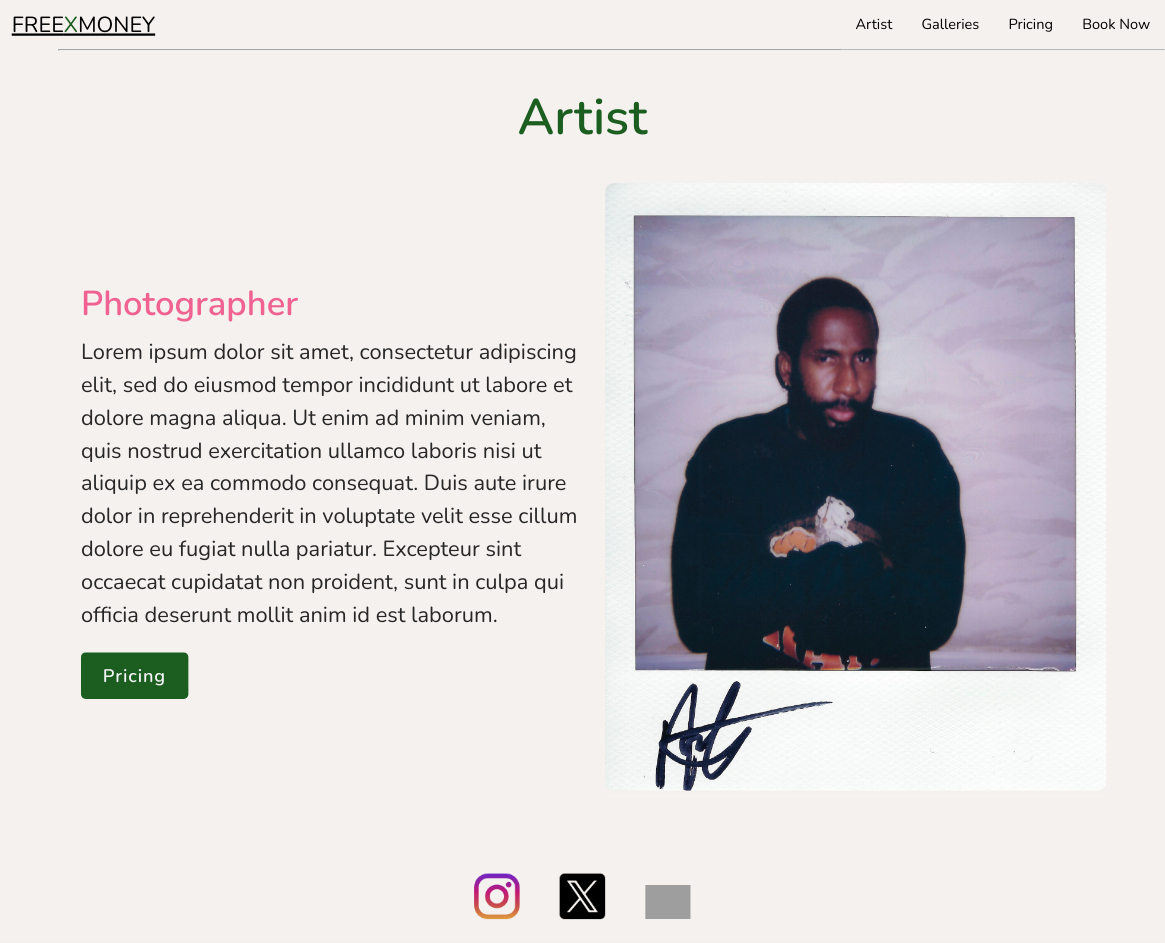
Repository: burntaftermint/freexmoney-draft
Page: artist.html
An editor plug-in stored every save of this project. The page is shown before and after the next save, followed by the edit.
The browser window is 1280 px wide. The pictures show the whole page, at 91% of full size.
Pictures or frames that could not be fetched are drawn as grey boxes. Some web fonts or font styles are not loaded; a fallback is used.

Above is the page before, as saved 2024-06-10 02:21:58.

After the next save:
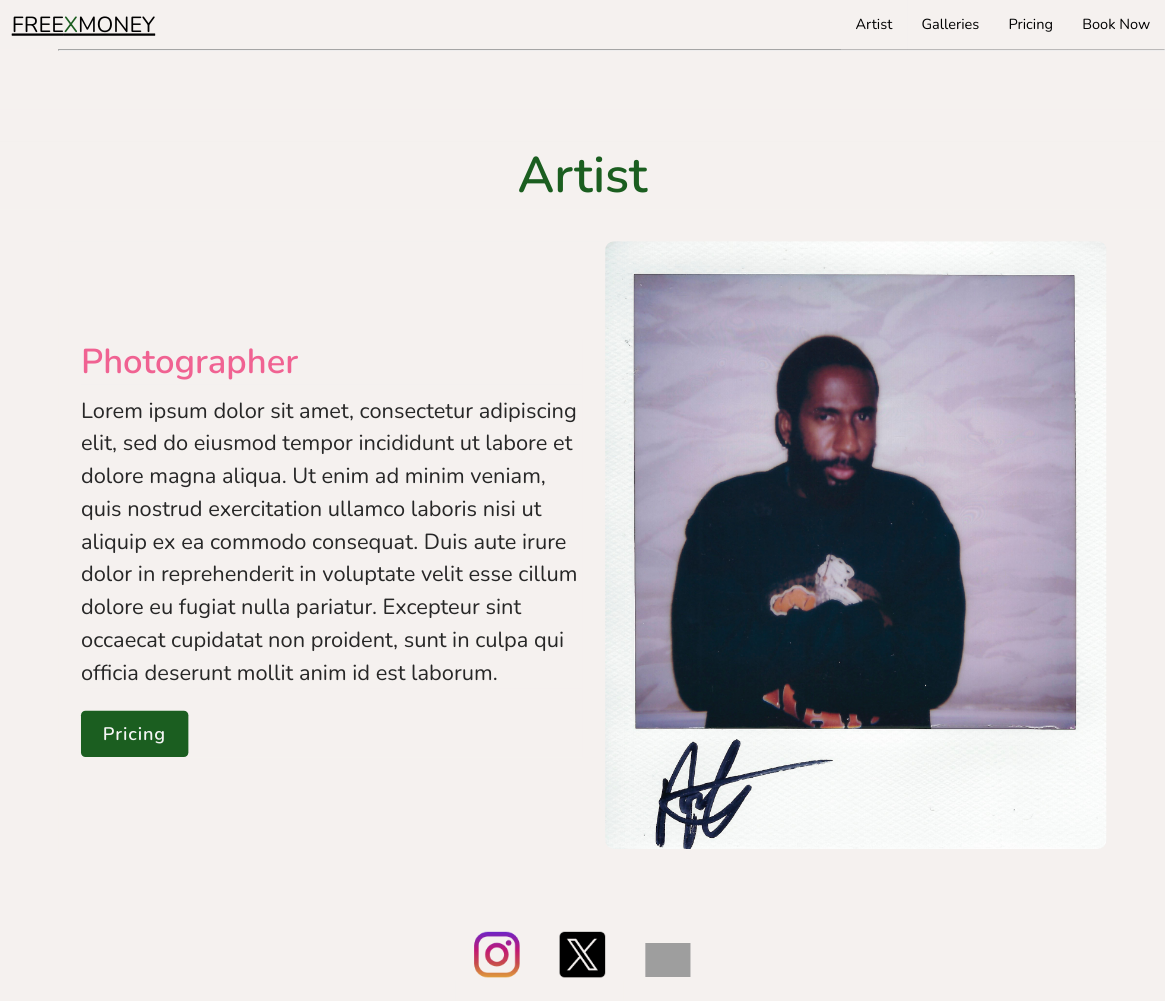
Saved 21 s later.
--- a/style.css
+++ b/style.css
@@ -373,7 +373,7 @@
 }
 
 hr {
-    margin-left: 4rem;
+    margin: 0 0 4rem 4rem;
 }
 
 

After the save that followed:
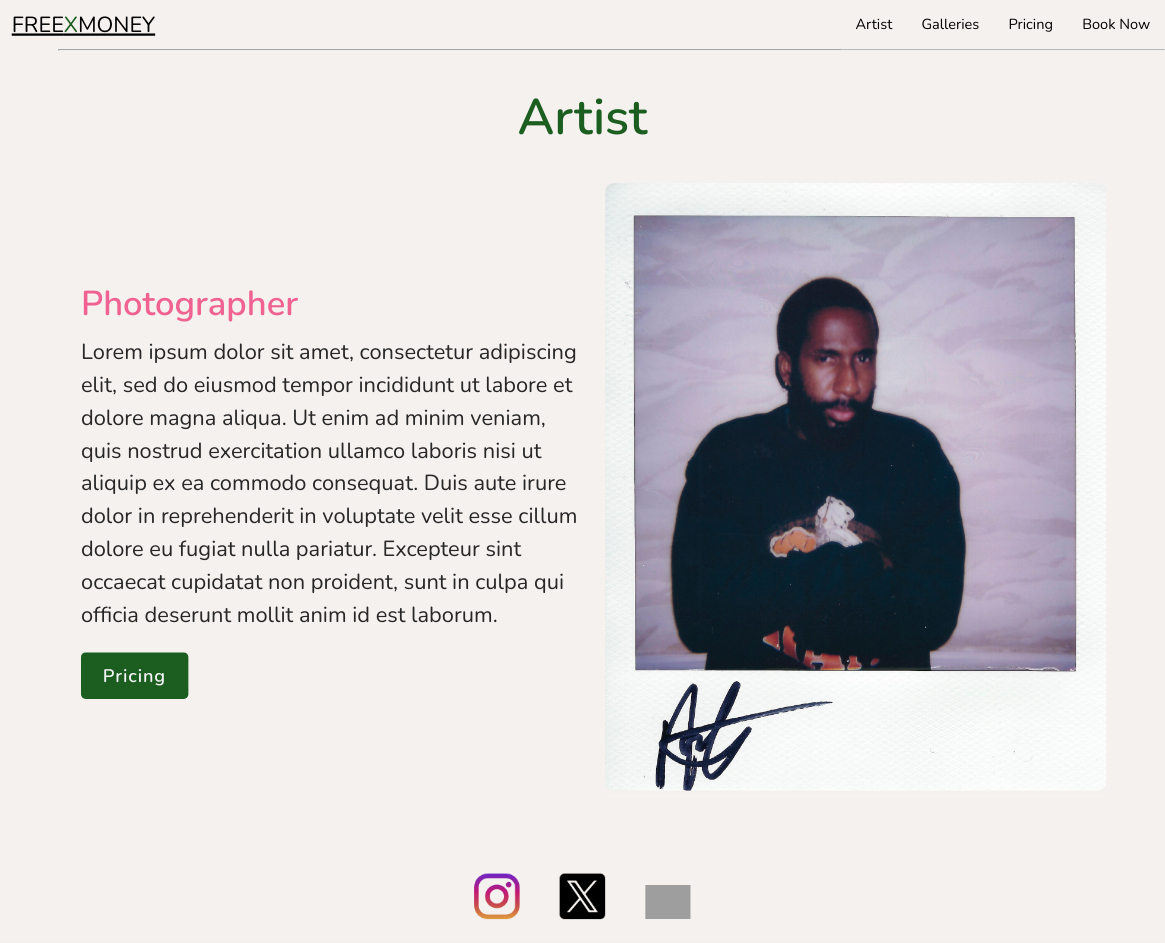
Saved 10 s later.
--- a/style.css
+++ b/style.css
@@ -373,7 +373,7 @@
 }
 
 hr {
-    margin: 0 0 4rem 4rem;
+    margin-left: 4rem;
 }
 
 
